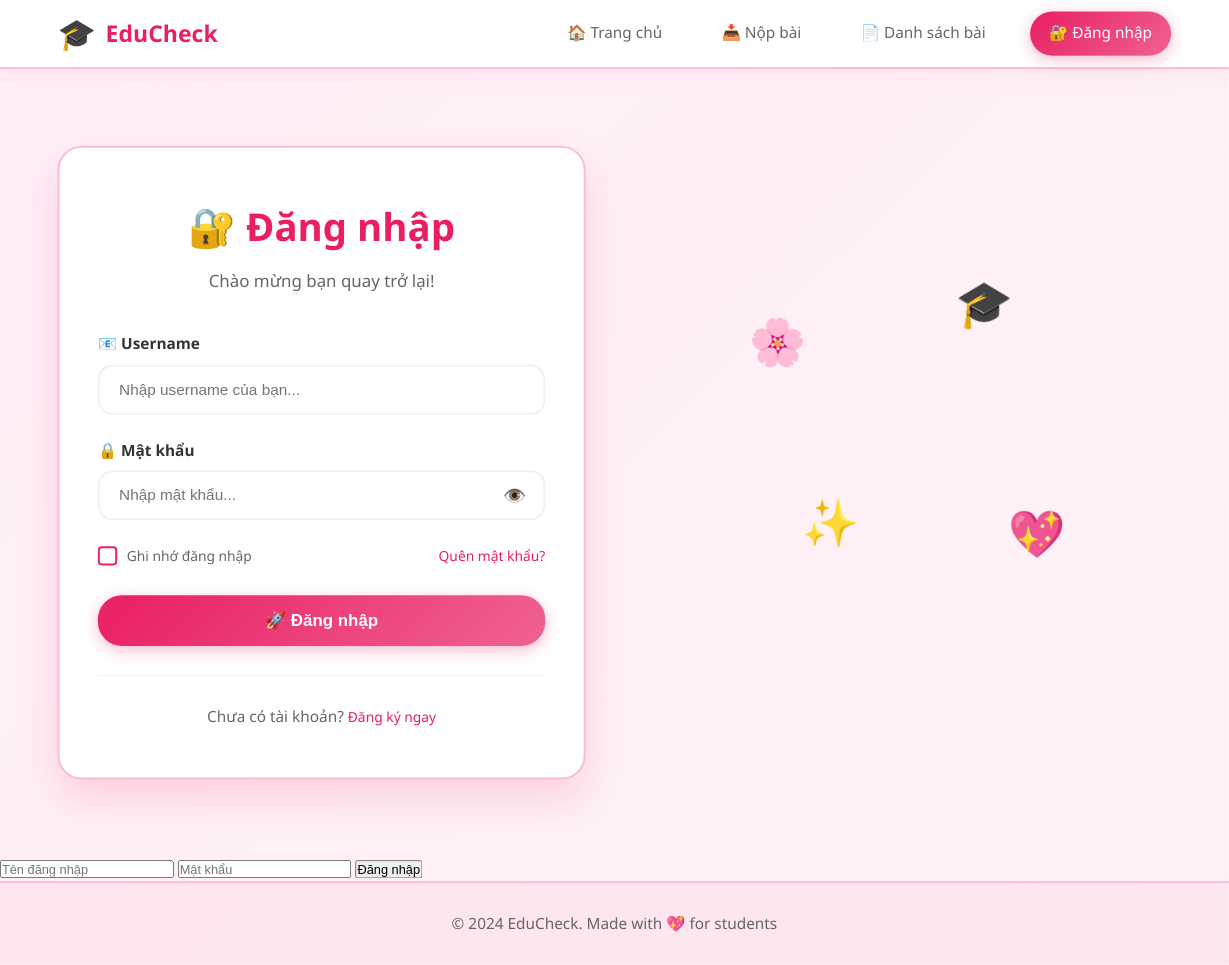
Repository: tuanloc782004/Plagiarism-Detection-System
Page: http://localhost/plagiarism-checker/login.jsp
These files come from the project's save history. The page is drawn as it stood at one moment and after the next save; the edit follows.
The browser window is 1280 px wide. The pictures show the whole page, at 96% of full size.
The page is served by Tomcat 9.

Above is the page before, as saved 2025-05-26 08:09:02.

After the next save:
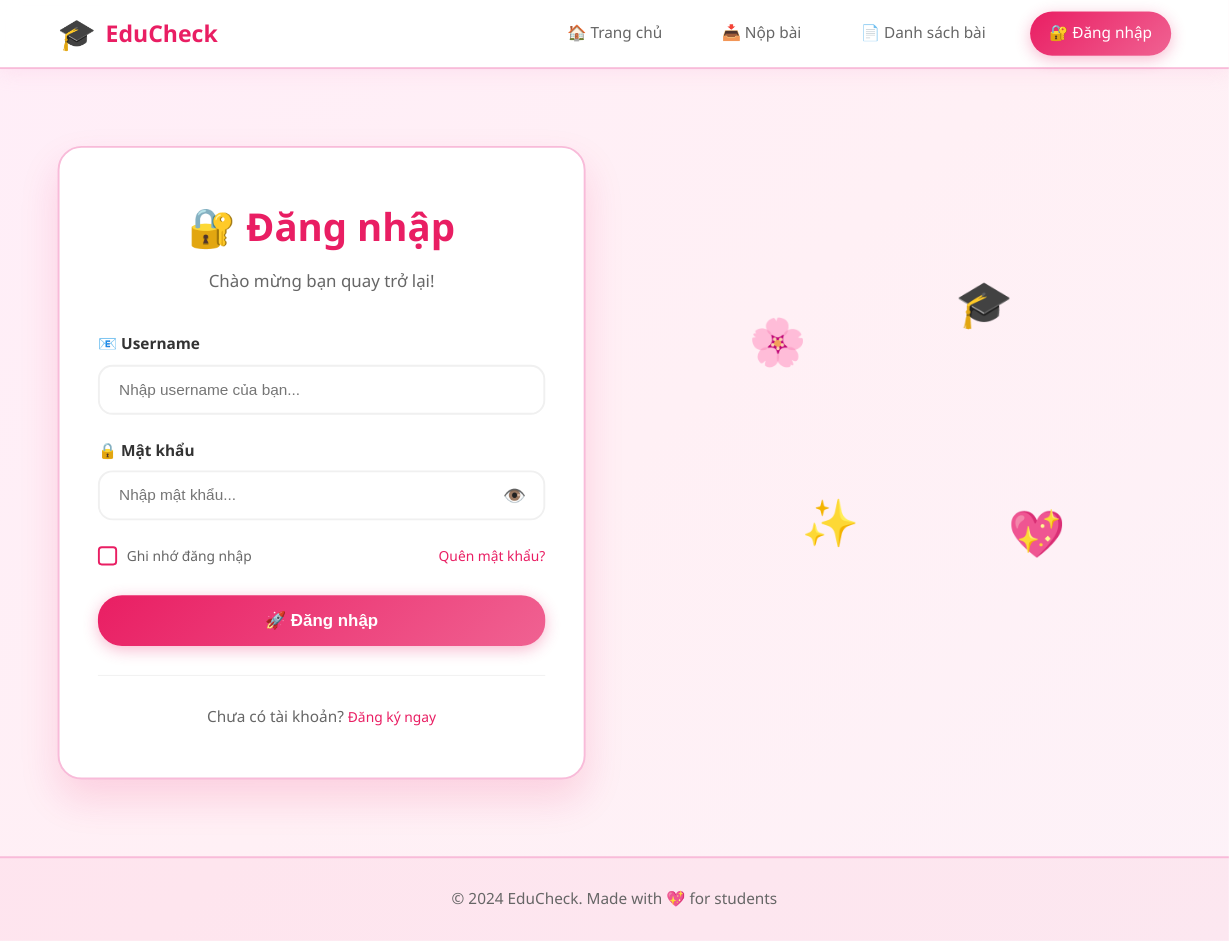
Saved 83 s later.
--- a/plagiarism-checker/src/main/webapp/login.jsp
+++ b/plagiarism-checker/src/main/webapp/login.jsp
@@ -93,16 +93,6 @@
 		</div>
 	</main>
 
-	<form action="LoginServlet" method="post">
-		<input type="text" name="username" placeholder="Tên đăng nhập"
-			required /> <input type="password" name="password"
-			placeholder="Mật khẩu" required />
-		<button type="submit">Đăng nhập</button>
-	</form>
-	<c:if test="${not empty error}">
-		<p style="color: red">${error}</p>
-	</c:if>
-
 	<footer class="footer">
 		<div class="container">
 			<p>&copy; 2024 EduCheck. Made with 💖 for students</p>
